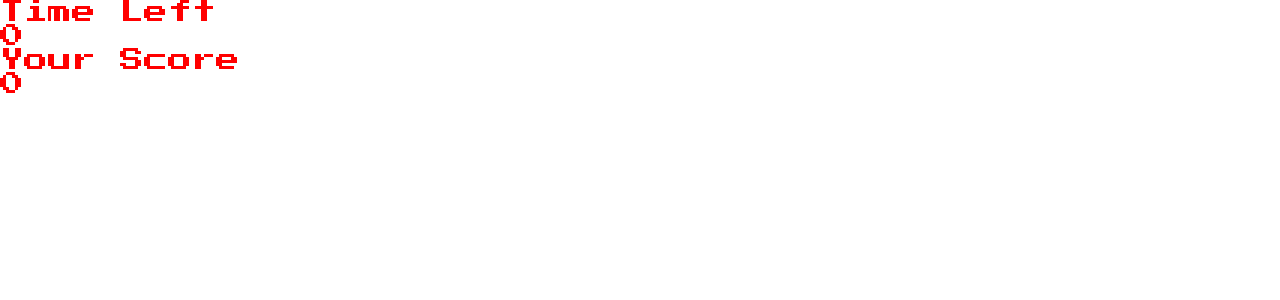
Repository: marcioresidenty/DetonaRalph
Page: DetonaHalph/Webapp/index.html
An editor plug-in stored every save of this project. The page is shown before and after the next save, followed by the edit.
The browser window is 1280 px wide. The pictures show the whole page.

Above is the page before, as saved 2024-11-12 16:15:41.

### DetonaHalph/Webapp/index.html
<!DOCTYPE html>
<html>
<head>
<meta charset="UTF-8">
<title>Detona Ralph</title>

<!-- fontes -->
<link rel="preconnect" href="https://fonts.googleapis.com">
<link rel="preconnect" href="https://fonts.gstatic.com" crossorigin>
<link href="https://fonts.googleapis.com/css2?family=Press+Start+2P&display=swap" rel="stylesheet">


<!-- styles -->

<link rel="stylesheet" href="./styles/reset.css">
<link rel="stylesheet" href="./styles/main.css">

</head>
<body>

	<div class="container">
       	<div class="menu">
       		<div class="menu-time">
       			<h2 style="color:red;">Time Left</h2>
       			<h2>0</h2>
       		</div>

       		<div class="menu-score">
       			<h2 style="color:red;">Your Score</h2>
       			<h2>0</h2>
       		</div>

       		<div class="menu-lives">
       			<img alt="" src="">
       		</div>
       	</div>

        <div class="panel">
        </div>
	</div>

	<script src="./scripts/engine.js"></script>
</body>

</html>

### DetonaHalph/Webapp/styles/reset.css
@charset "UTF-8";

* {
	margin: 0;
	padding: 0;
	box-sizing: border-box;

 font-family: "Press Start 2P", serif;
  font-weight: 400;
  font-style: normal;

  color: red;

}

/* comentario */

Loaded but not shown: DetonaHalph/Webapp/styles/main.css (common file); DetonaHalph/Webapp/scripts/engine.js (common file)

After the next save:
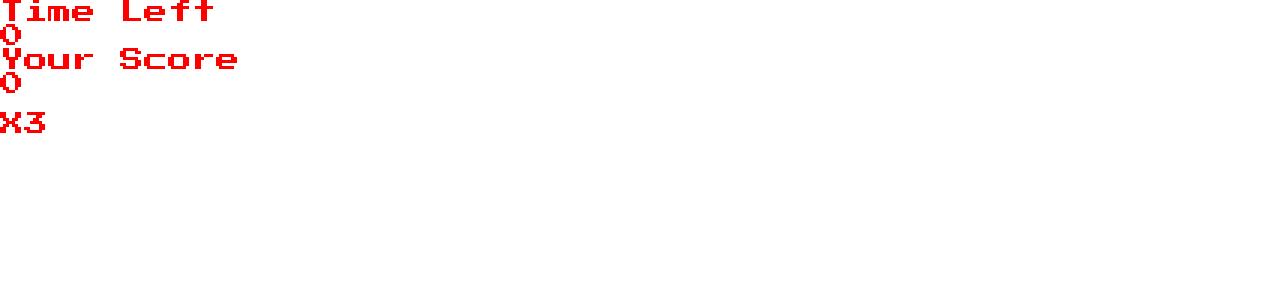
Saved 24 s later.
--- a/DetonaHalph/Webapp/index.html
+++ b/DetonaHalph/Webapp/index.html
@@ -32,6 +32,7 @@
 
        		<div class="menu-lives">
        			<img alt="" src="">
+       			<h2>X3</h2>
        		</div>
        	</div>
 
